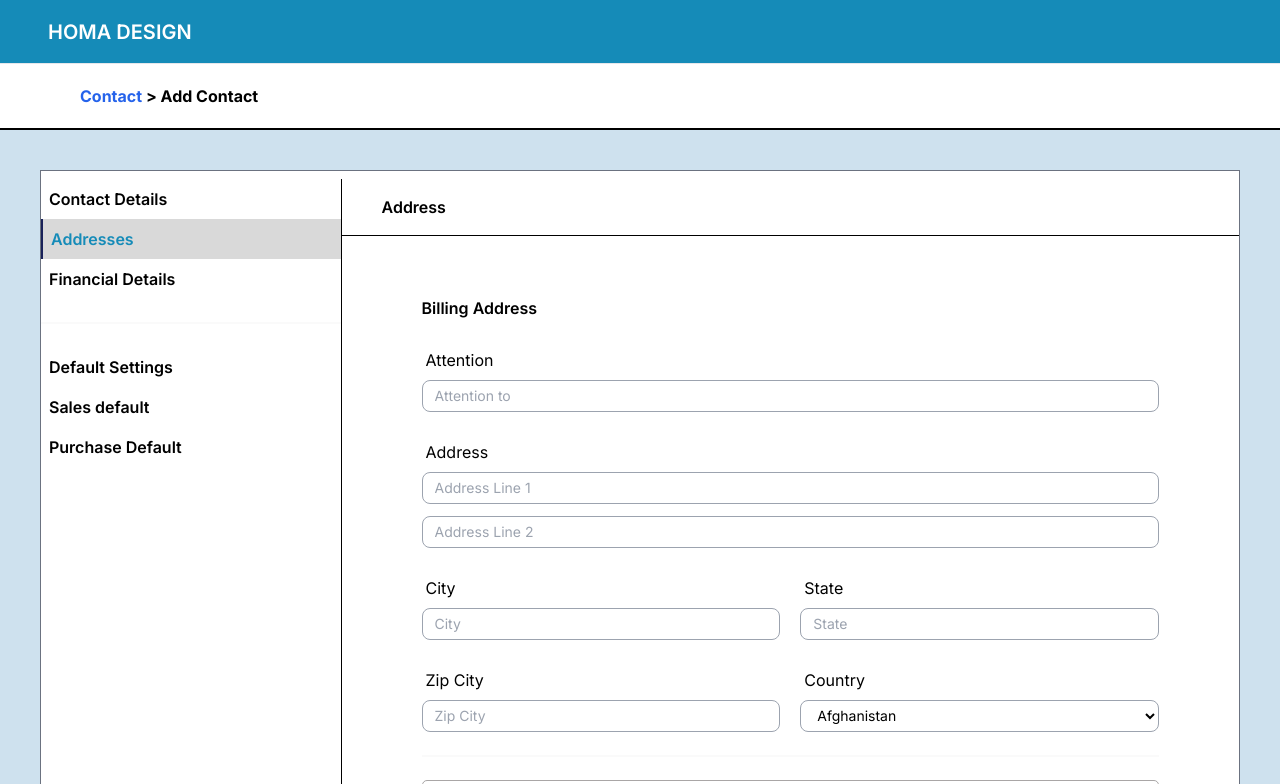
Repository: khairul35/homa-FE
Page: /contact
An editor plug-in stored every save of this project. The page is shown before and after the next save, followed by the edit.
The browser window is 1280 px wide. The pictures show the whole page.
An inner scrolling area shows only its first screen. The project was rebuilt for these pictures with package versions that can differ from the ones it lists, and the page was loaded fresh each time. The framework's server and built-in components were replaced by stand-ins that run in the browser. Also part of the build but not shown: next.config.js, app/components/layout/header/BusinessMenu.tsx, app/components/layout/header/CompanyMenu.tsx, app/contact/index.component.tsx, app/contact/form/contact-details/index.module.css, app/contact/form/contact-details/index.component.tsx, app/contact/form/contact-details/index.tsx.

Above is the page before, as saved 2024-01-07 21:38:44.

After the next save:
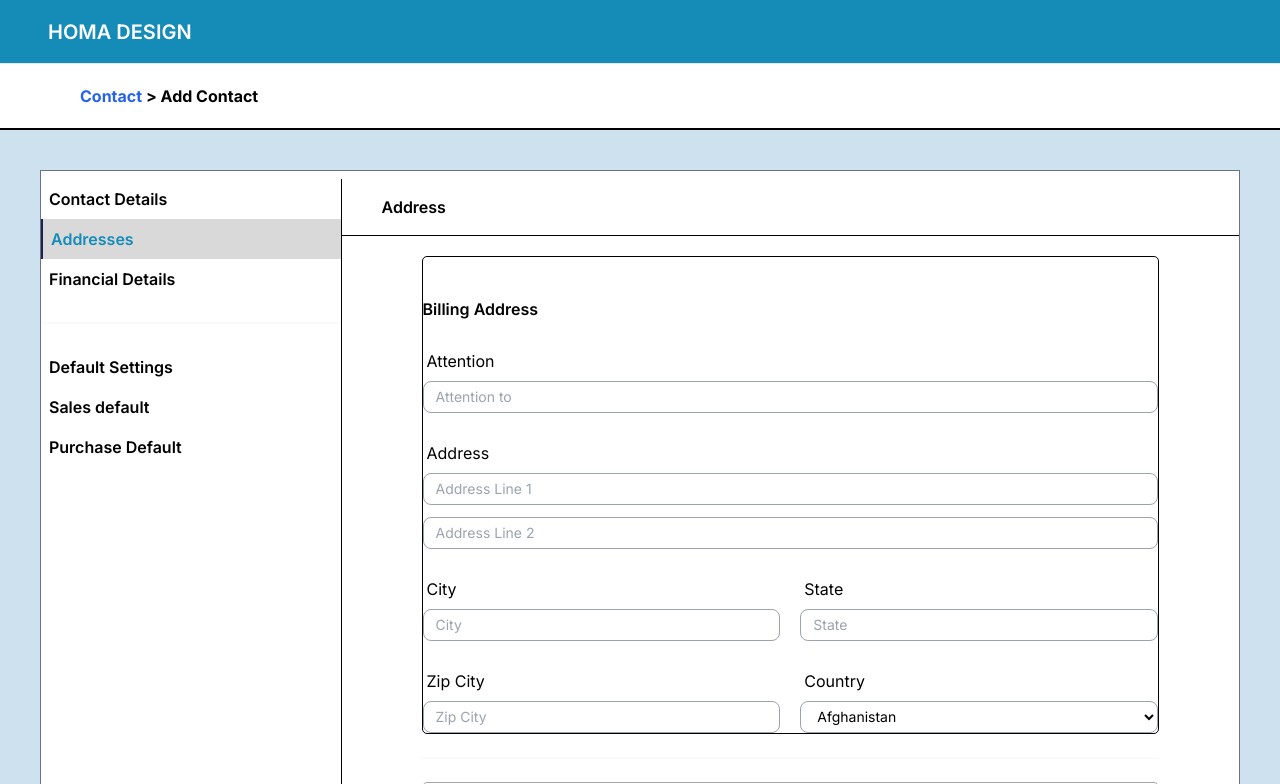
Saved 23 s later.
--- a/app/contact/form/address/index.component.tsx
+++ b/app/contact/form/address/index.component.tsx
@@ -34,7 +34,7 @@ const Component = (props: ComponentProps) => {
             <div className={styles.divider}></div>
             <div className="p-5 lg:pl-20 lg:pr-20">
                 <form method="dialog">
-                    <div>
+                    <div className={styles.addressContainer}>
                         <h2 className="pt-10 font-semibold">Billing Address</h2>
                         <label className="label mt-5">Attention</label>
                         <input
@@ -100,7 +100,7 @@ const Component = (props: ComponentProps) => {
                         </label>
                     </div>
                     <div className="divider"></div>
-                    <div>
+                    <div className={styles.addressContainer}>
                         <h2 className="pt-10 font-semibold">Delivery Address</h2>
                         <label className="label mt-5">Attention</label>
                         <input
